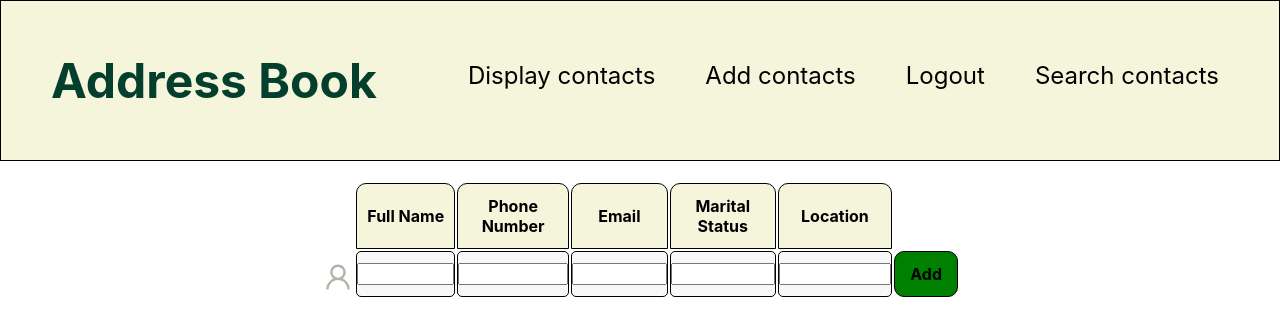
Repository: jatannoury/Address-Book
Page: /add_contact
The author's editor kept a copy of each file at every save. The page is drawn from the files as they stood at one save, then again after a run of saves.
The browser window is 1280 px wide. The pictures show the whole page.
The project was rebuilt for these pictures with package versions that can differ from the ones it lists, and the page was loaded fresh each time. Also part of the build but not shown: src/components/Email.js, src/components/Password.js, src/components/Login.js, src/components/Username.js, src/components/SignUp.js, src/components/Table.js, src/components/Contacts.js.

Above is the page before, as saved 2022-06-26 03:29:04.

### src/App.js
import "./App.css";
import { BrowserRouter, Routes, Route } from "react-router-dom";
import Login from "./components/Login";
import SignUp from "./components/SignUp";
import Contacts from "./components/Contacts";
import React, { Component, useState } from "react";
import Navbar from "./components/Navbar";
import { AiOutlineUser } from "react-icons/ai";
import AddSection from "./components/AddSection";

function App() {
  return (
    <BrowserRouter>
      <Routes>
        <Route path="/" element={<Login />}></Route>
        <Route path="/register" element={<SignUp />}></Route>
        <Route path="/contact_page" element={<Contacts />}></Route>
        <Route path="/add_contact" element={<AddSection />}></Route>
      </Routes>
    </BrowserRouter>
  );
}

export default App;

### src/App.css
* {
  padding: 0;
  margin: 0;
  box-sizing: border-box;
}

.body_container {
  text-align: center;
}

.content_container {
  text-align: center;
  border: 2px solid white;
  width: 40%;
  color: white;
  margin-left: auto;
  margin-right: auto;
  margin-top: 5%;
  border-radius: 30px;
  background-color: #f5f5dc;
  box-shadow: 10px 10px #f1f1e1;
}
hr {
  width: 6%;
  margin-left: auto;
  margin-right: auto;
  margin-bottom: 6%;
}
.hr {
  width: 100%;
  margin-bottom: 50px;
}

.title {
  margin-top: 5%;
  margin-bottom: 1.5%;
  font-family: system-ui, -apple-system, BlinkMacSystemFont, "Segoe UI", Roboto,
    Oxygen, Ubuntu, Cantarell, "Open Sans", "Helvetica Neue", sans-serif;
  font-weight: 200;
  color: rgb(22, 118, 118);
  background-color: #f5f5dc;
}
form > div {
  margin-left: 30px;
  margin-bottom: 30px;
}
form > div > input {
  width: 70%;
}

form > input {
  background-color: #a8b59b;
  /* border-radius:10px; */
  padding-top: 2.5%;
  padding-bottom: 2.5%;
  width: 60%;
  padding-left: 2.5%;
  font-size: 100%;
  border: 1px solid #395174;
}

.submit {
  /* margin-bottom: 20%; */
  font-family: system-ui, -apple-system, BlinkMacSystemFont, "Segoe UI", Roboto,
    Oxygen, Ubuntu, Cantarell, "Open Sans", "Helvetica Neue", sans-serif;
  font-size: 150%;
  font-weight: 500;
  color: white;
}

.submit:hover {
  background-color: rgb(151, 171, 165);
  box-shadow: 5px px rgb(151, 171, 165);
}
form {
  background-color: #f5f5dc;
  border-radius: 10px;
}

.icon {
  border: 1px solid black;
  width: 10%;
  position: relative;
  left: 75px;
  color: grey;
}

.user,
.pass {
  display: flex;
  width: 100%;
}

input[type="text"],
[type="password"] {
  padding-left: 80px;
  font-size: 100%;
}
.signupLink {
  margin-bottom: 100px;
  margin-top: 10px;
}

.signupLink > a:hover {
  color: black;
}
.navbar {
  border: 1px solid black;
  display: flex;

  justify-content: space-between;
  padding: 50px 50px 50px 50px;
  background-color: #f5f5dc;
}
.sub_nav > a {
  text-decoration: none;
  color: black;
  /* border: 1px solid black; */
  font-size: 150%;
  padding-top: 50px;
  padding-bottom: 50px;
  padding-left: 10px;
  padding-right: 10px;
}
.sub_nav > a:hover {
  color: #043f2d;
  font-weight: 800;
}
.nav1 {
  display: flex;
  margin-top: 10px;
  gap: 30px;
}
.addressBook {
  font-size: 300%;
  color: #043f2d;
  font-weight: 700;
}
.header {
  display: flex;
}

.sub_header {
  font-size: 150%;
  margin-top: 20px;
  border: 1px solid #f5f5dc;
  background-color: #f5f5dc;
  border-radius: 10px 10px 0px 0px;
  padding: 10px 10px 10px 10px;
}
table {
  margin-top: 20px;
  text-align: center;
  margin-left: auto;
  margin-right: auto;
  width: 50%;
}
th {
  border: 1px solid black;
  border-radius: 10px 10px 0px 0px;
  background-color: #f5f5dc;
  padding-top: 12px;
  padding-bottom: 12px;
  text-align: center;
}
td {
  border: 1px solid black;
  border-radius: 5px;
  background-color: #f8f8f8;
  padding: 10px 0;
}
th:first-child {
  background-color: white;
  border: none;
}
.iconn {
  margin-top: 10px;
  font-size: 200%;
  color: #b3b3a8;
}
.del {
  border-radius: 10px;
  background-color: rgb(235, 64, 64);
  cursor: pointer;
}
.underline {
  text-decoration: underline;
}
.input {
  width: 100%;
  padding-left: 0px !important;
  height: 100%;
}
.add {
  border-radius: 10px;
  background-color: green;
  cursor: pointer;
  padding-left: 15px;
  padding-right: 15px;
}

### src/components/Navbar.js
import React from "react";

const Navbar = () => {
  return (
    <nav className="navbar">
      <div className="addressBook">Address Book</div>
      <div className="nav1 ">
        <div className="sub_nav ">
          <a href="/contact_page">Display contacts</a>
        </div>
        <div className="sub_nav">
          <a href="/add_contact">Add contacts</a>
        </div>
        <div className="sub_nav">
          <a href="/">Logout</a>
        </div>
        <div className="sub_nav">
          <a href="/search_contact">Search contacts</a>
        </div>
      </div>
    </nav>
  );
};

export default Navbar;

### src/components/AddSection.js
import React, { Component, useState } from "react";
import Navbar from "./Navbar";
import { AiOutlineUser } from "react-icons/ai";
import jwt_decode from "jwt-decode";

const AddSection = () => {
  const [name, setName] = useState("");
  const [nb, setNb] = useState("");
  const [mail, setMail] = useState("");
  const [status, setStatus] = useState("");
  const [loc, setLoc] = useState("");
  const addContact = async () => {
    try {
      const res = await fetch("http://localhost:3001/api/user/set_contact", {
        method: "POST",
        headers: {
          "Content-type": "application/json",
        },
        body: JSON.stringify({
          fullName: name,
          phoneNb: nb,
          rlsStatus: status,
          email: mail,
          long: loc.split(/[, ]+/)[0],
          lat: loc.split(/[, ]+/)[1],
          token: localStorage.getItem("access_token"),
          curr_user: jwt_decode(localStorage.getItem("access_token"))._id,
        }),
      });
      const data = await res.json();
      console.log(data);
      if (data.code) {
        alert("Phone Number already in use");
      }
    } catch (error) {
      console.log(error);
    }
  };

  return (
    <>
      <Navbar />
      <table className="table">
        <thead>
          <tr>
            <th></th>
            <th>Full Name</th>
            <th>Phone Number</th>
            <th>Email</th>
            <th>Marital Status</th>
            <th>Location</th>
          </tr>
        </thead>
        <tbody>
          <tr>
            <AiOutlineUser className="iconn" />
            <td>
              <input
                type="text"
                className="input"
                onChange={(e) => {
                  setName(e.target.value);
                  console.log(name);
                }}
              ></input>
            </td>
            <td>
              <input
                type="text"
                className="input"
                onChange={(e) => {
                  setNb(e.target.value);
                  console.log(nb);
                }}
              ></input>
            </td>
            <td>
              <input
                type="text"
                className="input"
                onChange={(e) => {
                  setMail(e.target.value);
                  console.log(mail);
                }}
              ></input>
            </td>
            <td>
              <input
                type="text"
                className="input"
                onChange={(e) => {
                  setStatus(e.target.value);
                  console.log(status);
                }}
              ></input>
            </td>
            <td>
              <input
                type="text"
                className="input"
                onChange={(e) => {
                  setLoc(e.target.value);
                  console.log(loc);
                }}
              ></input>
            </td>
            <th
              className="add"
              onClick={(e) => {
                console.log(name, mail, nb, status, loc);
                addContact();

                setTimeout(() => {
                  window.location.href = "/contact_page";
                }, 1000);
              }}
            >
              Add
            </th>
          </tr>
        </tbody>
      </table>
    </>
  );
};

export default AddSection;

Loaded but not shown: public/index.html (common file); src/index.js (common file); src/index.css (common file); src/reportWebVitals.js (common file)

After the next 2 saves:
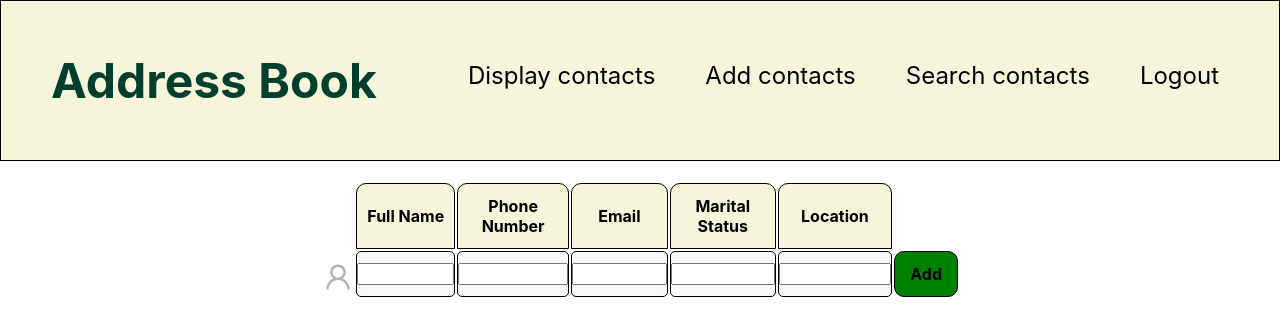
The 2 saves are shown as one change because they came seconds apart.
The last was saved 12 s later.
--- a/src/components/Navbar.js
+++ b/src/components/Navbar.js
@@ -12,10 +12,10 @@ const Navbar = () => {
           <a href="/add_contact">Add contacts</a>
         </div>
         <div className="sub_nav">
-          <a href="/">Logout</a>
+          <a href="/search_contact">Search contacts</a>
         </div>
         <div className="sub_nav">
-          <a href="/search_contact">Search contacts</a>
+          <a href="/">Logout</a>
         </div>
       </div>
     </nav>
